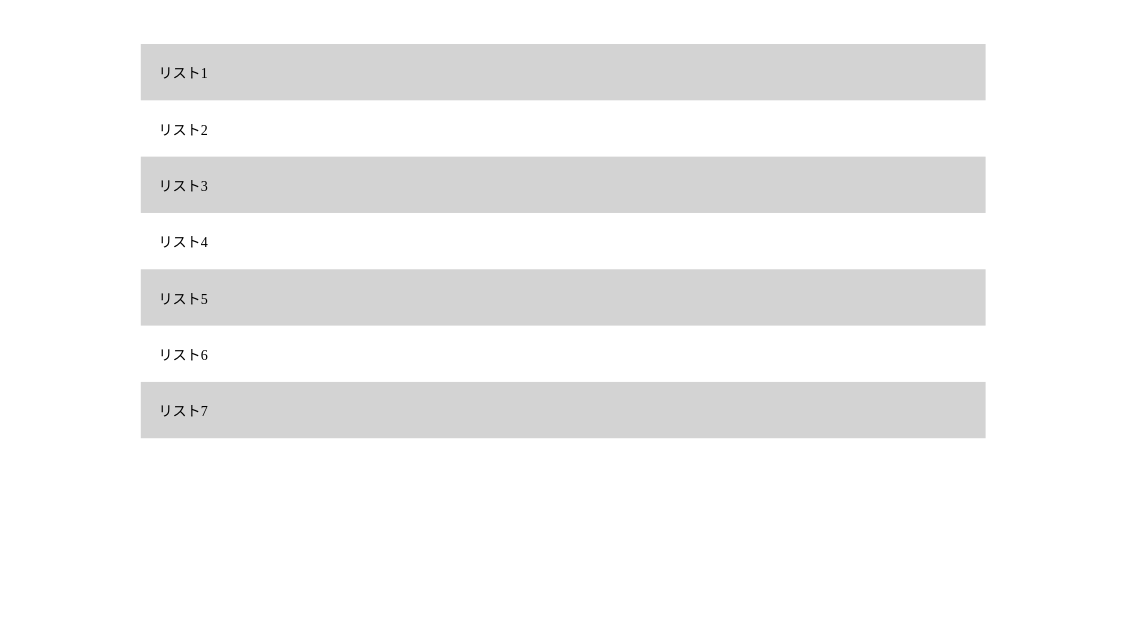
Repository: rascalNoShippo/git-practice
Page: chapter8_exercise/ex.html
The author's editor kept a record of every edit. The page is drawn from the files as they stood at one moment, then again after the next edit.
The browser window is 1280 px wide. The pictures show the whole page, at 88% of full size.

Above is the page before.

### chapter8_exercise/ex.html
<!DOCTYPE html>
<html>
  <head>
    <meta charset="utf-8">
    <title>chapter8_exercise</title>
    <link rel="stylesheet" href="ex.css">
  </head>
  <body>
    <div class="list">
      <div class="list-item">リスト1</div>
      <div class="list-item">リスト2</div>
      <div class="list-item">リスト3</div>
      <div class="list-item">リスト4</div>
      <div class="list-item">リスト5</div>
      <div class="list-item">リスト6</div>
      <div class="list-item">リスト7</div>
    </div>
    <div class="box">
      <div class="box-item"></div>
      <div class="box-item"></div>
      <div class="box-item"></div>
      <div class="box-item"></div>
      <div class="box-item"></div>
      <div class="box-item"></div>
      <div class="box-item"></div>
      <div class="box-item"></div>
      <div class="box-item"></div>
    </div>
  </body>
</html>

### chapter8_exercise/ex.css
*{
  padding: 0;
  margin: 0;
  box-sizing: border-box;
}

body{
  width: 960px;
  margin: 50px auto;
  background-color: white;
}

.list-item{
  width: 100%;
  padding: 20px;
}

.list-item:nth-child(2n+1){
  background-color: lightgray;
}

.list-item:last-child{
  margin-bottom: 50px;
}

.box-items{
  height: 200px;
  width: 30%;
  background-color: gold;
}

After the next edit:
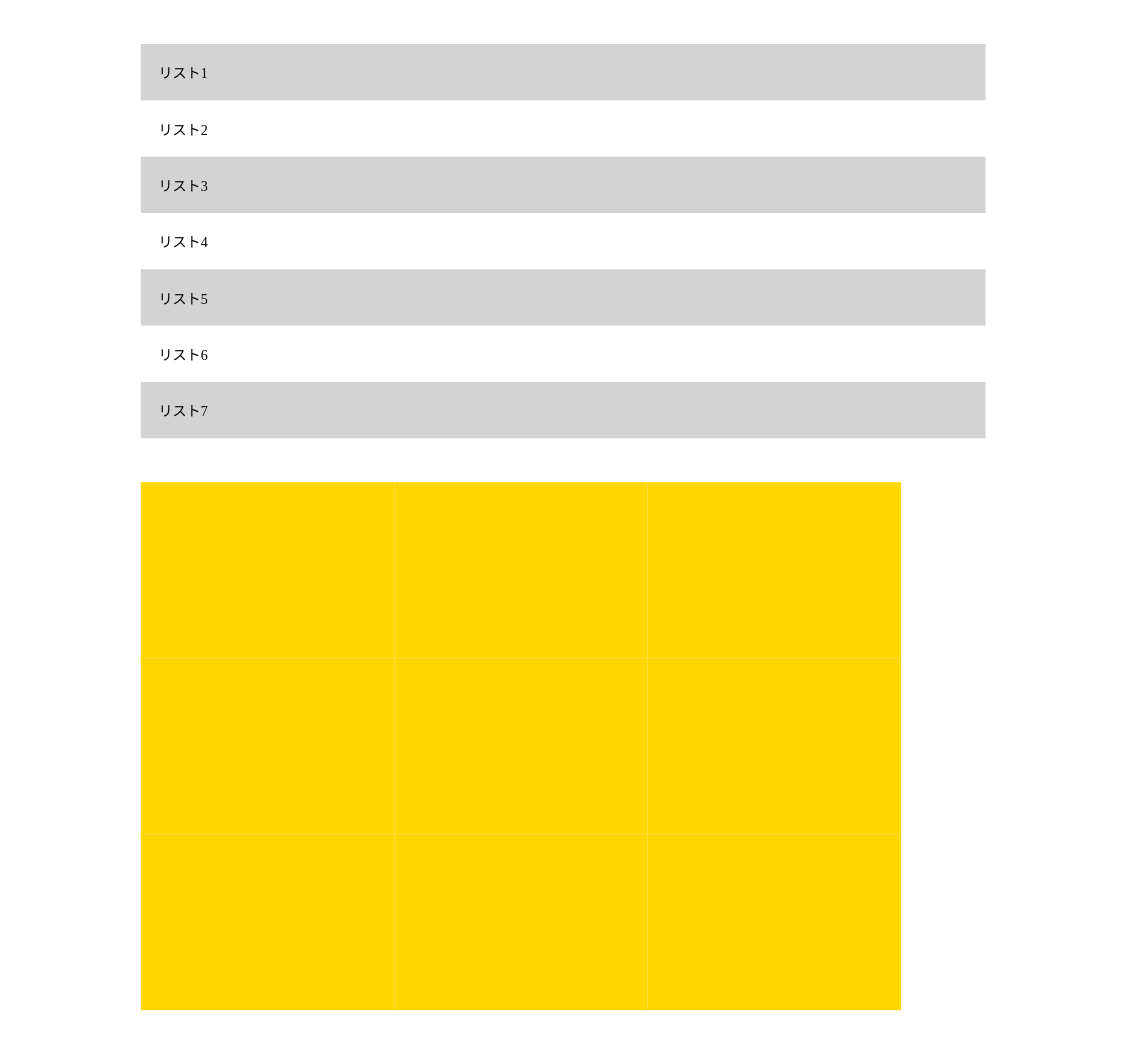
The edit:
--- a/chapter8_exercise/ex.css
+++ b/chapter8_exercise/ex.css
@@ -23,7 +23,12 @@
   margin-bottom: 50px;
 }
 
-.box-items{
+.box{
+  display: flex;
+  flex-wrap: wrap;
+}
+
+.box-item{
   height: 200px;
   width: 30%;
   background-color: gold;
